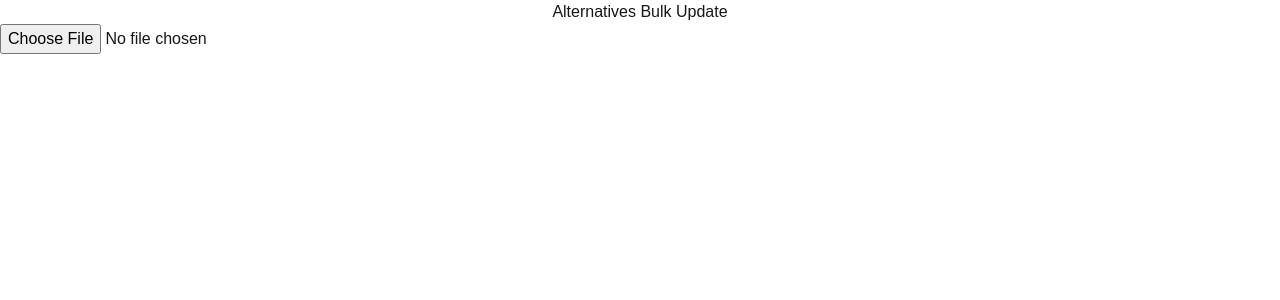
Repository: Ganesh-General-Traffic/Alternatives
Page: / (app in alternatives-bulk/)
The author's editor kept a copy of each file at every save. The page is drawn from the files as they stood at one save, then again after the next save.
The browser window is 1280 px wide. The pictures show the whole page.
The project was rebuilt for these pictures with package versions that can differ from the ones it lists, and the page was loaded fresh each time. The framework's server and built-in components were replaced by stand-ins that run in the browser. Also part of the build but not shown: alternatives-bulk/next.config.ts.

Above is the page before, as saved 2024-12-09 10:56:09.

### alternatives-bulk/app/page.tsx
export default function Home() {
  return (
    <>
      <p className="w-full text-center">Alternatives Bulk Update</p>
      <input type="file" name="" id="" />
    </>
  );
}

Loaded but not shown: alternatives-bulk/app/layout.tsx (common file); alternatives-bulk/app/globals.css (common file); alternatives-bulk/tailwind.config.ts (common file)

After the next save:
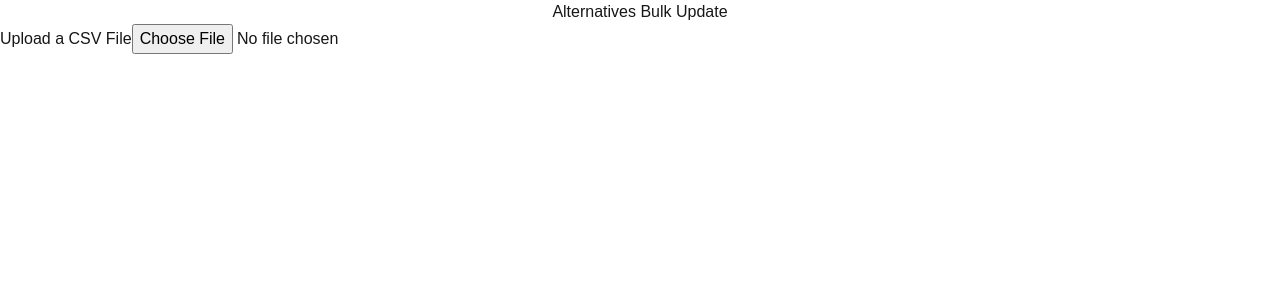
Saved 26 s later.
--- a/alternatives-bulk/app/page.tsx
+++ b/alternatives-bulk/app/page.tsx
@@ -2,7 +2,8 @@ export default function Home() {
   return (
     <>
       <p className="w-full text-center">Alternatives Bulk Update</p>
-      <input type="file" name="" id="" />
+      <label htmlFor="csvFile">Upload a CSV File</label>
+      <input type="file" name="csvFile" id="csvFile" />
     </>
   );
 }
